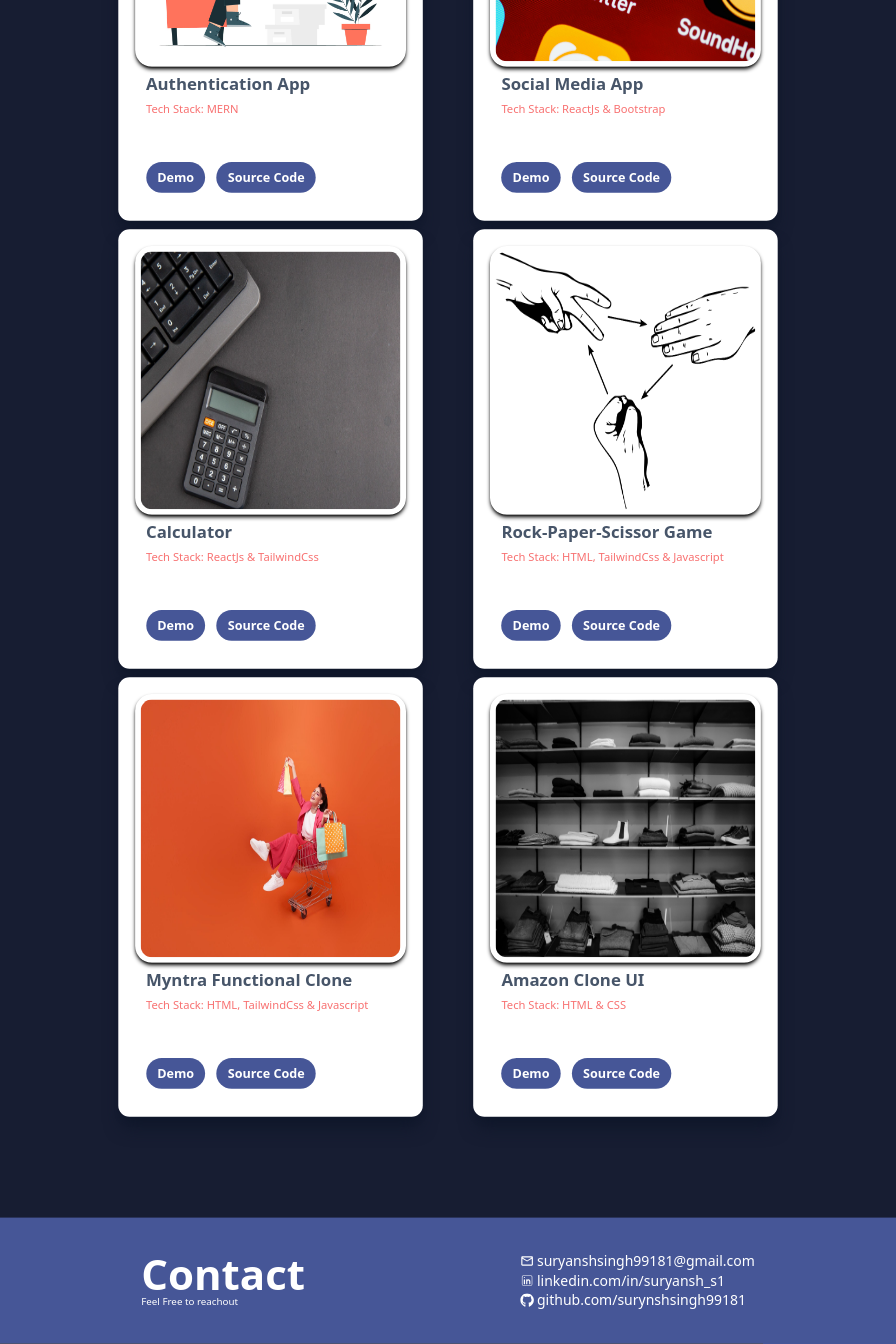
Repository: suryanshsingh99181/portfolio
Page: /
An editor plug-in stored every save of this project. The page is shown before and after the next save, followed by the edit.
The browser window is 1280 px wide. The pictures show the part of the page from y = 2218 to 4138 px (the page is 4138 px tall), at 70% of full size.
The project was rebuilt for these pictures with package versions that can differ from the ones it lists, and the page was loaded fresh each time. Also part of the build but not shown: vite.config.js.

Above is the page before, as saved 2024-08-22 23:07:10.

### src/main.jsx
import { StrictMode } from "react";
import { createRoot } from "react-dom/client";
import App from "./App.jsx";
import "./index.css";
import { BrowserRouter, Router } from "react-router-dom";

createRoot(document.getElementById("root")).render(
  <StrictMode>
    <App />
  </StrictMode>
);

### src/App.jsx
import Experience from "./Components/experience/Experience";
import Footer from "./Components/footer/Footer";
import Home from "./Components/home/Home";
import Navbar from "./Components/navbar/Navbar";
import Projects from "./Components/Projects/Projects";
import Skills from "./Components/skills/Skills";
import "./index.css";

function App() {
  return (
    <div className="bg-[#171d32] h-auto w-full overflow-hidden">
      <Navbar></Navbar>
      <Home></Home>
      <Experience></Experience>
      <Skills></Skills>
      <Projects></Projects>
      <Footer></Footer>
    </div>
  );
}

export default App;

### src/Components/experience/Experience.jsx
import { InboxArrowDownIcon } from "@heroicons/react/16/solid";
import { TfiArrowRight } from "react-icons/tfi";
import image from "../../assets/proj.png";
import allstate_logo from "../../assets/Allstate-Logo-2017.png";

const Experience = () => {
  return (
    <div
      id="Experience"
      className="text-white md:flex overflow-hidden items-center md:flex-wrap md:justify-center bg-black shadow-xl mx-0 md:mx-20 bg-opacity-30 rounded-lg p-12"
    >
      <div>
        <h2 className="text-2xl md:text-4xl font-bold">Experience</h2>
        <div className="md:flex flex-wrap flex-col md:flex-row items-center">
          <img
            className="md:h-80 -ml-28 pr-10"
            src={image}
            alt="Experience Image"
          />
          <ul>
            <div className="flex gap-10 bg-slate-950 bg-opacity-45 mt-4 rounded-lg p-4 items-center">
              <span className="text-white">
                <h2 className=" leading-tight ">
                  Associate Consultant at Allstate Solution Pvt Ltd
                </h2>
                <p className="text-sm leading-tight font-thin">
                  August 2022 - Nov 2023
                </p>
                <ul className="text-sm p-2">
                  <li>ServiceNow developer</li>
                </ul>
              </span>
              <span>
                <img src={allstate_logo} className="w-28 text-[#0033A0]" />
              </span>
            </div>
            <div className="flex gap-3 py-4">
              <TfiArrowRight />
              <span className="w-96">
                <p className="text-sm md:text-md leading-tight">
                  Incident management, change management, problem management,
                  configuration management, asset management, and other
                </p>
              </span>
            </div>
            <div className="flex gap-3 py-4">
              <TfiArrowRight />
              <span className="w-96">
                <p className="text-sm md:text-md leading-tight">
                  Created Catalog Forms, Business Rules, Client Scripts, UI
                  Policies, Script Includes, UI Scripts, Scheduled Jobs, etc.
                </p>
              </span>
            </div>

            <div className="flex gap-3 py-4">
              <TfiArrowRight />
              <span className="w-96">
                <p className="text-sm md:text-md leading-tight">
                  Changed the workflow to flow designer as per the business
                  needs Performed the automation testing from user side
                  as-well-as server side
                </p>
              </span>
            </div>
          </ul>
        </div>
      </div>
    </div>
  );
};

export default Experience;

### src/Components/footer/Footer.jsx
import { CiLinkedin } from "react-icons/ci";
import { FaGithub } from "react-icons/fa";
import { MdOutlineEmail } from "react-icons/md";

const Footer = () => {
  return (
    <div
      id="Contact"
      className="flex justify-around bg-[#465697] text-white p-10 md:p-12 items-center"
    >
      <div>
        <h1 className="text-2xl md:text-6xl font-bold">Contact</h1>
        <h3 className="text-2xl md:text-sm font-normal ">
          Feel Free to reachout
        </h3>
      </div>
      <ul className="text-sm md:text-xl">
        <li className="flex gap-1 items-center">
          <MdOutlineEmail />
          suryanshsingh99181@gmail.com
        </li>
        <li className="flex gap-1 items-center">
          <CiLinkedin />
          linkedin.com/in/suryansh_s1
        </li>
        <li className="flex gap-1 items-center">
          <FaGithub />
          github.com/surynshsingh99181
        </li>
      </ul>
    </div>
  );
};

export default Footer;
<div></div>;

### src/Components/home/Home.jsx
import React from "react";
import image from "../../assets/suryansh.jpg";
import TextChanger from "../../TextChanger";

const Home = () => {
  return (
    <div className="text-white flex w-full justify-between items-start p-10 md:p-20">
      <div className="md:w-2/4 md:pt-10 mt-10">
        <h1 className="text-3xl md:text-6xl font-bold flex leading-normal tracking-tighter ">
          <TextChanger />
        </h1>
        <p className="text-sm md:text-2xl leading-tight tracking-tight font-serif mt-4">
          a MERN stack developer...
        </p>
        <button className=" bg-blue-500 mt-5 md:md-10 text-white py-2 px-3 text-sm md:text-lg md:px-4 hover: duration-300 hover:scale-105 hover:bg-transparent hover:border-2 hover:border-[#FF7C00] font-semibold rounded-3xl bg-[#46]">
          Contact Me
        </button>
      </div>
      <div>
        <img
          className="h-96 w-96 rounded-full object-cover object-center p-2 border-4 border-[#FF7C00] shadow-[0_0_0_5px_rgba(0,0,0,1)]"
          src={image}
          alt=""
        />
      </div>
    </div>
  );
};

export default Home;

### src/Components/navbar/Navbar.jsx
import { RiCloseLine, RiMenu3Line } from "@remixicon/react";
import React, { useState } from "react";

const Navbar = () => {
  const [showMenu, setShowMenu] = useState(true);
  const [menu, openMenu] = useState(false);
  return (
    <nav className="flex flex-wrap justify-between md:items-center text-white px-10 md:px-20 bg-slate-800 ">
      <span className="text-2xl font-bold tracking-wide hover:text-blue-300">
        Suryansh.
      </span>
      <ul
        className={`mx-24  py-2 mt-4 font-semibold md:-5 bg-black px-2 rounded-xl bg-opacity-30 md:border-none text-center md:bg-transparent md:static md:mx-0 md:flex gap-6 ${
          menu ? "block" : "hidden"
        }`}
      >
        <a href="#About">
          <li className="text-md transition-all duration-500 p-1 md:p-0 hover:text-blue-300 hover:underline ">
            About
          </li>
        </a>
        <a href="#Experience">
          <li className="text-md transition-all duration-300 p-1 md:p-0 hover:text-blue-300 hover:underline">
            Experience
          </li>
        </a>
        <a href="#Projects">
          <li className="text-md transition-all duration-300 p-1 md:p-0 hover:text-blue-300 hover:underline">
            Projects
          </li>
        </a>
        <a href="#Contact">
          <li className="text-md transition-all duration-300 p-1 md:p-0 hover:text-blue-300 hover:underline">
            Contact
          </li>
        </a>
      </ul>
      {showMenu ? (
        <RiMenu3Line
          size={30}
          className="md:hidden absolute right-10 top-6 transition-all duration-300"
          onClick={() => {
            openMenu(!menu);
            setShowMenu(!showMenu);
          }}
        />
      ) : (
        <RiCloseLine
          size={30}
          className="md:hidden absolute right-10 top-6 transition-all duration-300"
          onClick={() => {
            openMenu(!menu);
            setShowMenu(!showMenu);
          }}
        />
      )}
    </nav>
  );
};

export default Navbar;

### src/Components/Projects/Projects.jsx
import ProjectCard from "./ProjectCard";
import proj1 from "../../assets/1.jpg";
import proj2 from "../../assets/2.jpg";
import proj3 from "../../assets/3.png";
import proj4 from "../../assets/6.png";
import proj5 from "../../assets/4.jpeg";
import proj6 from "../../assets/5.jpg";

const Projects = () => {
  return (
    <div id="Projects" className="p-10 md:p-24 text-white">
      <h1 className="text-2xl md:text-4xl text-white font-bold">Projects</h1>

      <div className="py-12 flex flex-wrap justify-evenly gap-y-3">
        {/*  py-12 px-8 flex flex-wrap justify-around mb-1 gap-y-2 */}
        <ProjectCard
          imgSrc={proj1}
          title="Authentication App"
          main="Tech Stack: MERN"
        />
        <ProjectCard
          imgSrc={proj2}
          title="Social Media App"
          main="Tech Stack: ReactJs & Bootstrap"
        />
        <ProjectCard
          imgSrc={proj3}
          title="Calculator"
          main="Tech Stack: ReactJs & TailwindCss"
        />
        <ProjectCard
          imgSrc={proj4}
          title="Rock-Paper-Scissor Game"
          main="Tech Stack: HTML, TailwindCss & Javascript"
        />
        <ProjectCard
          imgSrc={proj5}
          title="Myntra Functional Clone"
          main="Tech Stack: HTML, TailwindCss & Javascript"
        />
        <ProjectCard
          imgSrc={proj6}
          title="Amazon Clone UI"
          main="Tech Stack: HTML & CSS"
        />
      </div>
    </div>
  );
};

export default Projects;

### src/Components/skills/Skills.jsx
import { Progress } from "@material-tailwind/react";
import "daisyui/dist/full.css";
import {
  FaCss3,
  FaFigma,
  FaGoogle,
  FaHtml5,
  FaJava,
  FaJs,
  FaNode,
  FaReact,
} from "react-icons/fa";
import {
  SiBootstrap,
  SiExpress,
  SiMongodb,
  SiRadixui,
  SiTailwindcss,
} from "react-icons/si";

import image from "../../assets/proj.png";

const Skills = () => {
  return (
    <div id="Skills" className="p-10 md:p-24">
      <h1 className="text-2xl md:text-4xl text-white font-bold">Skills</h1>
      <div className="mt-5">
        <div className=" flex flex-wrap justify-evenly w-auto gap-2">
          <div className="w-1/4">
            <span className="p-3 bg-zinc-950 flex items-center rounded-full w-1/4">
              <FaHtml5 className=" text-[#e34c26] w-10 h-10" />
            </span>
            <progress
              className="progress progress-error w-full"
              value="90"
              max="100"
            ></progress>
          </div>
          <div className="w-1/4">
            <span className="p-3 bg-zinc-950 flex items-center rounded-full w-1/4">
              <FaCss3 className=" text-[#2965f1] w-10 h-10" />
            </span>
            <progress
              className="progress progress-info w-full"
              value="85"
              max="100"
            ></progress>
          </div>
          <div className="w-1/4">
            <span className="p-3 bg-zinc-950 flex items-center rounded-full w-1/4">
              <SiTailwindcss className=" text-[#06b6d4] w-10 h-10" />
            </span>
            <progress
              className="progress progress-accent w-full"
              value="90"
              max="100"
            ></progress>
          </div>
          <div className="w-1/4">
            <span className="p-3 bg-zinc-950 flex items-center rounded-full w-1/4">
              <SiBootstrap className=" text-[#712CF9] w-10 h-10" />
            </span>
            <progress
              className="progress progress-primary w-full"
              value="85"
              max="100"
            ></progress>
          </div>
          <div className="w-1/4">
            <span className="p-3 bg-zinc-950 flex items-center rounded-full w-1/4">
              <FaJs className="text-[#f0db4f] w-10 h-10" />
            </span>
            <progress
              className="progress progress-warning w-full"
              value="72"
              max="100"
            ></progress>
          </div>
          <div className="w-1/4">
            <span className="p-3 bg-zinc-950 flex items-center rounded-full w-1/4">
              <FaReact className=" text-[#61dbfb] w-10 h-10" />
            </span>
            <progress
              className="progress progress-accent w-full"
              value="69"
              max="100"
            ></progress>
          </div>{" "}
          <div className="w-1/4">
            <span className="p-3 bg-zinc-950 flex items-center rounded-full w-1/4">
              <FaNode className="text-[#4db33d] w-10 h-10" />
            </span>
            <progress
              className="progress progress-success w-full"
              value="68"
              max="100"
            ></progress>
          </div>{" "}
          <div className="w-1/4">
            <span className="p-3 bg-zinc-950 flex items-center rounded-full w-1/4">
              <SiMongodb className="text-[#4db33d] w-10 h-10" />
            </span>
            <progress
              className="progress progress-success w-full"
              value="70"
              max="100"
            ></progress>
          </div>
          <div className="w-1/4">
            <span className="p-3 bg-zinc-950 flex items-center rounded-full w-1/4">
              <FaJava className="text-[#712CF5] w-10 h-10" />
            </span>
            <progress
              className="progress progress-primary w-full"
              value="75"
              max="100"
            ></progress>
          </div>{" "}
          <div className="w-1/4">
            <span className="p-3 bg-zinc-950 flex items-center rounded-full w-1/4">
              <SiExpress className="text-slate-300 w-10 h-10" />
            </span>
            <progress
              className="progress progress-progress w-full"
              value="60"
              max="100"
            ></progress>
          </div>
        </div>
      </div>
    </div>
  );
};

export default Skills;

### src/TextChanger.jsx
import { useState, useEffect } from "react";

const TextChanger = () => {
  const texts = [
    "Hi, I am Suryansh!!",
    "Hi, I am Suryansh!!",
    "Hi, I am Suryansh!!",
  ];
  const [currentText, setCurrentText] = useState("");
  const [endValue, setEndValue] = useState(true);
  const [isForward, setIsForward] = useState(true);
  const [index, setIndex] = useState(0);

  useEffect(() => {
    const intervalId = setInterval(() => {
      setCurrentText(texts[index].substring(0, endValue));
      if (isForward) {
        setEndValue((prev) => prev + 1);
      } else {
        setEndValue((prev) => prev - 1);
      }
      if (endValue > texts[index].length + 10) {
        setIsForward(false);
      }
      if (endValue < 2.1) {
        setIsForward(true);
        setIndex((prev) => prev & texts.length);
      }
    }, 50);
    return () => clearInterval(intervalId);
  }, [endValue, isForward, index, texts]);
  return <div className="transition ease duration-300">{currentText}</div>;
};

export default TextChanger;

### src/Components/Projects/ProjectCard.jsx
import suryansh from "../../assets/suryansh.jpg";

const ProjectCard = ({ imgSrc, title, main }) => {
  return (
    <div className="w-2/5 p-2 md:p-6 flex flex-col bg-white shadow-xl shadow-slate-900 rounded-2xl">
      <img
        className="p-2 rounded-3xl shadow-md shadow-black h-96"
        src={imgSrc}
        alt="bannerimage"
      />
      <h3 className=" pt-2 px-4 text-xl md:text-2xl font-semibold leading-normal text-slate-600">
        {title}
      </h3>
      <p className="px-4 text-sm md:text-base leading-tight py-2 text-red-400">
        {main}
      </p>
      <div className="md:p-4 flex gap-2 md:gap-4 ">
        <button className="md:mt-10 text-white py-2 px-3 text-sm md:text-lg md:py-2 md:px-4 hover:opacity-85 duration-300 hover:scale-105 font-semibold rounded-3xl bg-[#465697]">
          Demo
        </button>
        <button className="md:mt-10 text-white py-2 px-3 text-sm md:text-lg md:py-2 md:px-4 hover:opacity-85 duration-300 hover:scale-105 font-semibold rounded-3xl bg-[#465697]">
          Source Code
        </button>
      </div>
    </div>
  );
};

export default ProjectCard;

Loaded but not shown: index.html (common file); src/index.css (common file); tailwind.config.js (common file)

After the next save:
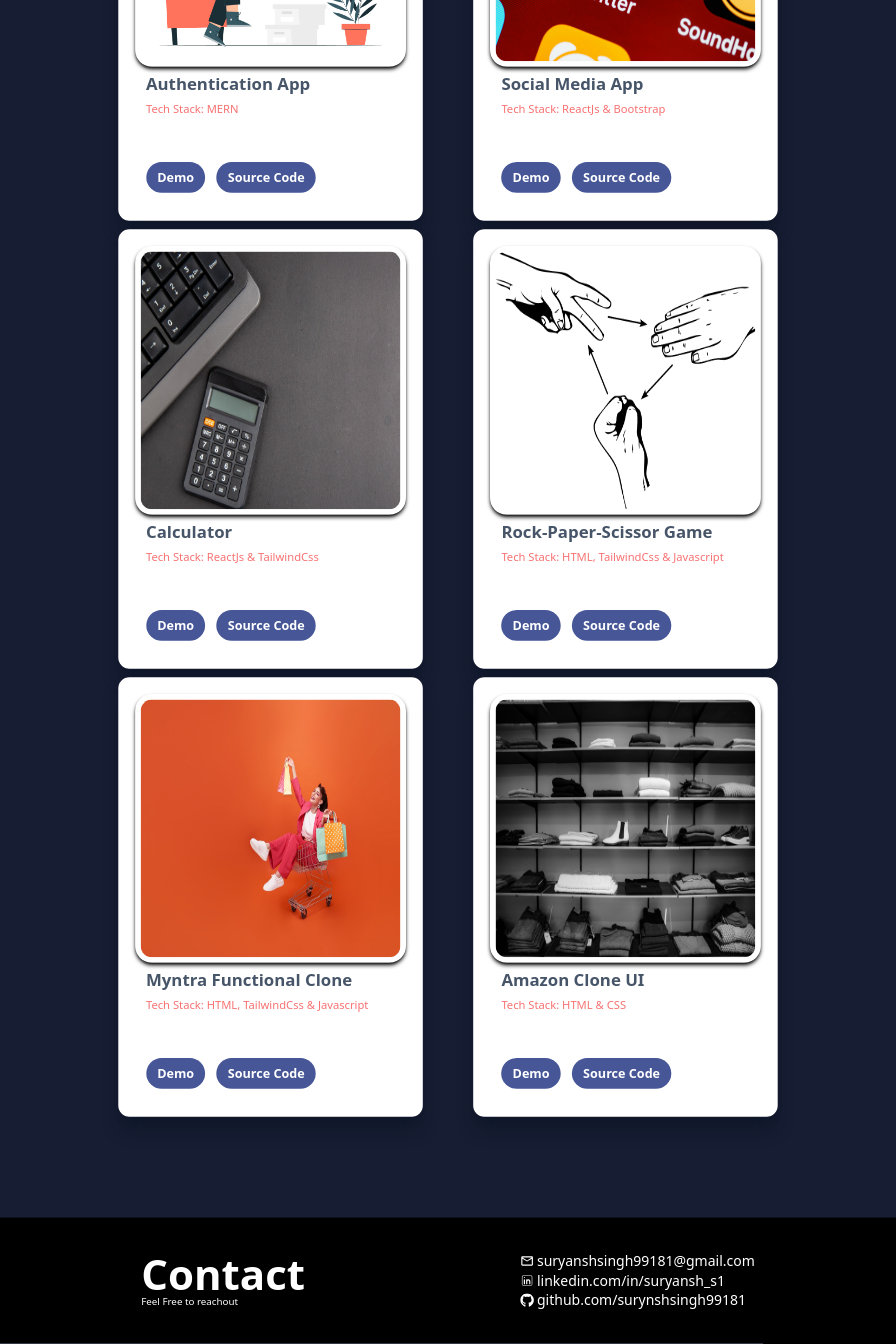
Saved 75 s later.
--- a/src/Components/footer/Footer.jsx
+++ b/src/Components/footer/Footer.jsx
@@ -6,7 +6,7 @@
   return (
     <div
       id="Contact"
-      className="flex justify-around bg-[#465697] text-white p-10 md:p-12 items-center"
+      className="flex justify-around bg-black text-white p-10 md:p-12 items-center"
     >
       <div>
         <h1 className="text-2xl md:text-6xl font-bold">Contact</h1>
